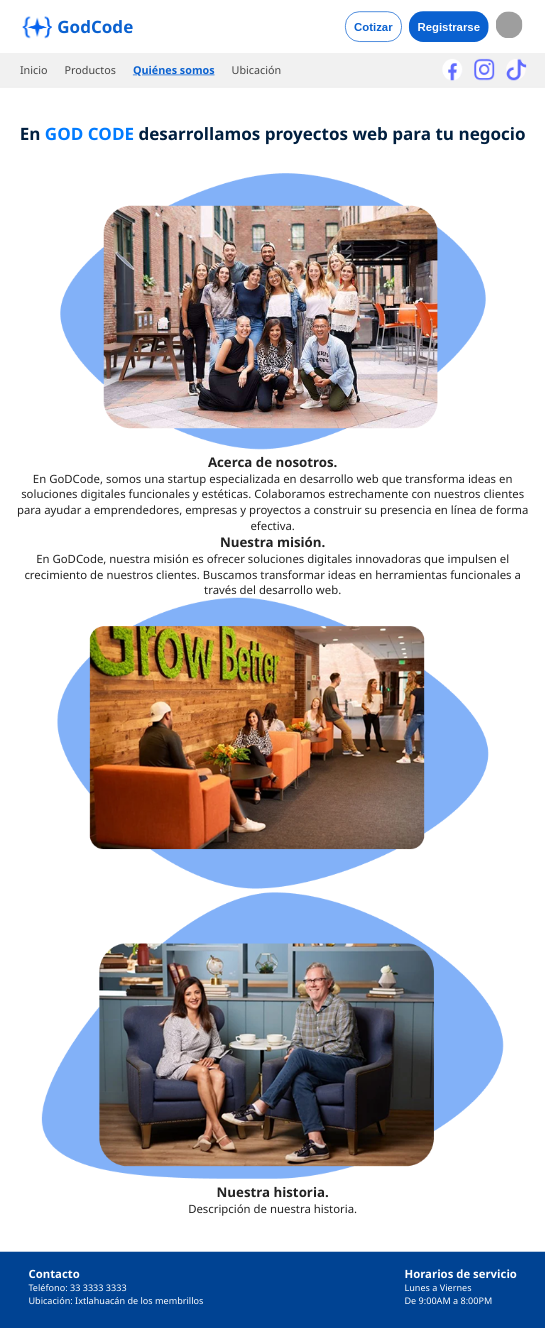
Repository: deDios/God-Code
Page: http://localhost/VIEW/Nosotros.php
The author's editor kept a copy of each file at every save. The page is drawn from the files as they stood at one save, then again after the next save.
The browser window is 768 px wide. The pictures show the whole page, at 71% of full size.
Pictures or frames that could not be fetched are drawn as grey boxes. The page is run by PHP 8.4 with error messages shown; the project is at /var/www/html/.

Above is the page before, as saved 2025-06-08 11:15:40.
Console error: TypeError: Cannot set properties of null (setting 'innerHTML')

### VIEW/Nosotros.php
<!DOCTYPE html>
<html lang="en">

<head>
    <meta charset="UTF-8">
    <meta name="viewport" content="width=device-width, initial-scale=1.0">
    <title>Document</title>
    <link rel="stylesheet" href="../CSS/index.css">
</head>

<body>
    <!-- Tope de pagina -->
    <header id="header">
        <!-- esta barra en el tope de pagina solo renderiza segun la resolucion de las pantallas pequeñas -->
        <div class="social-bar-mobile">
            <div class="icon-mobile">
                <img src="../ASSETS/index/Facebook.png" alt="Facebook" />
            </div>
            <div class="icon-mobile">
                <img src="../ASSETS/index/Instagram.png" alt="Instagram" />
            </div>
            <div class="icon-mobile">
                <img src="../ASSETS/index/Tiktok.png" alt="TikTok" />
            </div>
            <!-- icono de usuario para despues hacer el login pero para la vista mobile-->
            <div class="user-icon-mobile">
                <img src="https://img.freepik.com/premium-vector/free-vector-user-icon-simple-line_901408-588.jpg"
                    alt="Usuario" />
            </div>
        </div>

        <div class="top-bar" id="top-bar">
            <div class="logo">
                <img src="../ASSETS/godcode_icon.png" alt="Logo GodCode" class="logo-icon">
                GodCode
            </div>

            <!--Boton hamburguesa que aparece segun la resolucion-->
            <div class="hamburger" onclick="toggleMenu()">☰</div>

            <div class="actions">
                <button class="btn btn-outline" onclick="location.href='#'">Cotizar</button>
                <button class="btn btn-primary" onclick="location.href='#'">Registrarse</button>
                <!-- icono de usuario para despues hacer el login -->
                <div class="user-icon">
                    <img src="https://img.freepik.com/premium-vector/free-vector-user-icon-simple-line_901408-588.jpg"
                        alt="Usuario" />
                </div>
            </div>

        </div>
        <!-- Barra de navegación pequeña -->
        <div id="mobile-menu" class="subnav">
            <a href="#">Inicio</a>
            <a href="#">Productos</a>
            <a href="#" class="active">Quiénes somos</a>
            <a href="#">Ubicación</a>

            <div class="social-icons">
                <div class="circle-icon">
                    <img src="../ASSETS/index/Facebook.png" alt="Facebook" />
                </div>
                <div class="circle-icon">
                    <img src="../ASSETS/index/Instagram.png" alt="Instagram" />
                </div>
                <div class="circle-icon">
                    <img src="../ASSETS/index/Tiktok.png" alt="TikTok" />
                </div>
            </div>
        </div>
    </header>


    <main>

        <section class="nosotros">
            <h2 class="nosotros-titulo">En <span>GOD CODE</span> desarrollamos proyectos web para tu negocio</h2>

            <!-- Acerca de nosotros -->
            <div class="bloque-nosotros fila normal">
                <div class="decoracion"></div>
                <img src="../ASSETS/Nosotros/seccion1_img1.png" alt="Acerca de nosotros" class="imagen-nosotros">
                <div class="texto-nosotros">
                    <h3>Acerca de nosotros.</h3>
                    <p>En GoDCode, somos una startup especializada en desarrollo web que transforma ideas en soluciones
                        digitales funcionales y estéticas. Colaboramos estrechamente con nuestros clientes para ayudar a
                        emprendedores, empresas y proyectos a construir su presencia en línea de forma efectiva.</p>
                </div>
            </div>

            <!-- Nuestra misión -->
            <div class="bloque-nosotros fila invertida">
                <div class="decoracion"></div>
                <div class="texto-nosotros">
                    <h3>Nuestra misión.</h3>
                    <p>En GoDCode, nuestra misión es ofrecer soluciones digitales innovadoras que impulsen el
                        crecimiento de nuestros clientes. Buscamos transformar ideas en herramientas funcionales a
                        través del desarrollo web.</p>
                </div>
                <img src="../ASSETS/Nosotros/seccion1_img2.png" alt="Nuestra misión" class="imagen-nosotros">
            </div>

            <!-- Nuestra historia -->
            <div class="bloque-nosotros fila normal">
                <div class="decoracion"></div>
                <img src="../ASSETS/Nosotros/seccion1_img3.png" alt="Nuestra historia" class="imagen-nosotros">
                <div class="texto-nosotros">
                    <h3>Nuestra historia.</h3>
                    <p>Descripción de nuestra historia.</p>
                </div>
            </div>

        </section>

    </main>


    <!-- Pie de pagina -->
    <footer>
        <div>
            <strong>Contacto</strong>
            <small>Teléfono: 33 3333 3333</small>
            <small>Ubicación: Ixtlahuacán de los membrillos</small>
        </div>
        <div>
            <strong>Horarios de servicio</strong>
            <small>Lunes a Viernes</small>
            <small>De 9:00AM a 8:00PM</small>
        </div>
    </footer>
    <script src="JS/index.js"></script>
</body>

</html>

### CSS/index.css
/*cosas que no estan renderizadas en pantallas de resoluciones grandes*/
.social-bar-mobile {
    display: none;
}

* {
    box-sizing: border-box;
    margin: 0;
    padding: 0;
}

html,
body {
    margin: 0;
    padding: 0;
    height: 100%;
    font-family: "Segoe UI", sans-serif;
    background: #f9f9f9;
    color: #222;
}

body {
    display: flex;
    flex-direction: column;
}

main {
    margin-top: 120px;
}

header {
    background-color: white;
    border-bottom: 1px solid #ddd;
}

.top-bar {
    position: fixed;
    top: 0;
    left: 0;
    right: 0;
    background-color: #fff;
    color: white;
    display: flex;
    justify-content: space-between;
    align-items: center;
    padding: 1rem 2rem;
    z-index: 1001;
    white-space: nowrap;
    transform: translateY(0);
    opacity: 1;
    transition: transform 0.4s ease-in-out, opacity 0.4s ease-in-out;
}

header.scrolled .top-bar {
    transform: translateY(-100%);
    opacity: 0;
}

.subnav {
    position: fixed;
    top: 74px;
    left: 0;
    right: 0;
    background-color: #f1f1f1;
    display: flex;
    justify-content: space-around;
    align-items: center;
    padding: 0.5rem 1rem;
    z-index: 1000;
    white-space: nowrap;
    transition: all 0.4s ease-in-out;
}

.subnav a {
    text-decoration: none;
    color: #444;
    font-weight: 500;
    font-size: 0.95rem;
    padding: 8px 12px;
}

header.scrolled .subnav {
    position: fixed;
    top: 0;
    width: 100%;
    box-shadow: 0 2px 5px rgba(0, 0, 0, 0.1);
}

.logo {
    display: flex;
    align-items: center;
    font-size: 1.5rem;
    font-weight: bold;
    color: #0a61d0;
}

.logo-icon {
    height: 40px;
    width: auto;
    margin-right: 8px;
    vertical-align: middle;
}

.actions {
    display: flex;
    gap: 10px;
}

.user-icon img {
    width: 38px;
    height: 38px;
    border-radius: 50%;
    cursor: pointer;
    align-items: center;
    gap: 10px;
}

.btn {
    padding: 5px 12px;
    border: none;
    border-radius: 20px;
    cursor: pointer;
    font-size: 1rem;
    font-weight: bold;
    white-space: normal;
    word-break: break-word;
    text-align: center;
    max-width: 200px;
}

.btn-outline {
    border: 1px solid #0a61d0;
    color: #0a61d0;
    background-color: white;
    text-decoration: none;
}

.btn-primary {
    background-color: #0a61d0;
    color: white;
    text-decoration: none;
}

/*-------------------- css para la sección 1 -----------------------------*/

.innovacion-section {
    display: flex;
    justify-content: space-between;
    gap: 2rem;
    padding: 2rem;
    background: #fff;
    flex-wrap: wrap;
}

.columna {
    flex: 1;
    min-width: 280px;
}

.texto h1 {
    color: #0f62fe;
    font-size: 2rem;
    line-height: 1.3;
    margin-bottom: 1rem;
}

.texto p {
    font-size: 1rem;
    line-height: 1.6;
    color: #333;
}

.botones {
    margin-top: 1.5rem;
    display: flex;
    gap: 1rem;
    flex-wrap: wrap;
}

.columna.imagen {
    padding-top: 50px;
}

.imagen img {
    width: 100%;
    max-width: 100%;
    border-radius: 20px;
}

/*-------------------------------- css para noticias -----------------------*/
.columna.noticias {
    display: flex;
    flex-direction: column;
    justify-content: space-between;
    height: 100%;
}

.noticias h3 {
    color: #444;
    font-size: 1.1rem;
    margin-bottom: 1rem;
}

.noticias ul {
    list-style: none;
    padding: 0;
}

.noticias li {
    margin-bottom: 1rem;
}

.noticias a {
    color: #0f62fe;
    text-decoration: none;
    font-size: 0.95rem;
}

#lista-noticias {
    flex: 1;
}

.lista-noticias li {
    border-bottom: 1px solid #8f8f8f;
    /* línea gris */
    padding: 10px 0;
}

.lista-noticias li:last-child {
    border-bottom: none;
    /* Quita la línea del último solo que esto no parece trabajar bien de momento */
}

.lista-noticias a {
    text-decoration: none;
    color: #0052cc;
    font-weight: 500;
    transition: color 0.3s;
}

.lista-noticias a:hover {
    color: #003d99;
}

.paginacion {
    margin-top: auto;
    padding-top: 1rem;
    margin-top: 300px;
    /*esto hace que los botones 123 se bajen mas*/
}

.paginacion a {
    margin: 0 5px;
    text-decoration: none;
    color: blue;
    cursor: pointer;
}

.paginacion a.activo {
    font-weight: bold;
    text-decoration: underline;
}

/*--------------- css para la seccion 2 ---------------*/

.objetivos {
    text-align: center;
    padding: 40px 20px;
    background-color: #f9f9f9;
    padding-top: 60px;
}

.objetivos h2 {
    font-size: 1.8rem;
    margin-bottom: 40px;
}

.cards {
    display: flex;
    flex-wrap: wrap;
    justify-content: center;
    gap: 30px;
    max-width: 1200px;
    margin: 0 auto;
}

.card {
    background-color: #fff;
    border-radius: 16px;
    padding: 20px;
    max-width: 250px;
    box-shadow: 0 2px 12px rgba(0, 0, 0, 0.08);
    text-align: center;
    transition: transform 0.2s ease;
}

.card:hover {
    transform: translateY(-5px);
}

.card img {
    width: 50px;
    height: 50px;
    margin-bottom: 15px;
}

.card h3 {
    font-size: 1.3rem;
    margin: 10px 0;
}

.card p {
    font-size: .8rem;
    color: #555;
    font-weight: bold;
}

.info-button {
    margin-top: 40px;
}


.info-button button {
    padding: 12px 24px;
    border: none;
    border-radius: 25px;
    background-color: #3367d6;
    color: white;
    font-size: 1rem;
    cursor: pointer;
    font-weight: bold;
    transition: background-color 0.3s ease;
}

.info-button button:hover {
    background-color: #274c9b;
}

/*------------------------ css para la seccion 3 --------------------------------------*/

.potencial {
    margin: 0 auto;
    padding: 50px 20px;
    background-color: #fff;
}

.potencial h2 {
    font-size: 2rem;
    text-align: center;
    margin-bottom: 50px;
    color: #111;
}

.potencial h2 span {
    color: #1a73e8;
}

.bloque {
    display: flex;
    align-items: center;
    gap: 30px;
    margin-bottom: 40px;
    flex-wrap: wrap;
}

.bloque .imagen {
    flex: 1 1 80px;
    text-align: center;
    padding: 10px;
}

.bloque .imagen img {
    max-width: 60%;
    height: auto;
    border-radius: 16px;
    background-color: transparent;
    box-shadow: 0 8px 16px rgba(0, 0, 0, 0.15);
    transition: transform 0.3s ease, box-shadow 0.3s ease;
    cursor: pointer;
}

.bloque .imagen img:hover {
    transform: scale(1.05) rotate(2deg);
    box-shadow: 0 12px 24px rgba(0, 0, 0, 0.3);
}

.bloque .texto {
    flex: 2 1 400px;
}

.bloque .texto h3 {
    font-size: 1.3rem;
    margin-bottom: 10px;
    color: #222;
}

.bloque .texto p {
    font-size: 1rem;
    color: #555;
    line-height: 1.6;
}

/*------------------------ css para la seccion 4 --------------------------------------*/

.ayuda-faq {
    background-color: #f8fbfd;
    border-radius: 20px;
    padding: 40px 30px;
    text-align: center;
}

/* Contenido de ayuda */
.ayuda-faq .ayuda-contenido {
    margin-bottom: 100px;
}

.ayuda-faq .ayuda-contenido h2 {
    font-size: 28px;
    margin-bottom: 10px;
}

.ayuda-faq .ayuda-contenido p {
    font-size: 16px;
    color: #555;
    margin-bottom: 20px;
}

.ayuda-faq .btn-contacto {
    display: inline-block;
    padding: 10px 20px;
    background-color: #e8f0fe;
    color: #1a73e8;
    border-radius: 999px;
    text-decoration: none;
    font-weight: bold;
}

/* Preguntas frecuentes */
.ayuda-faq .faq {
    text-align: left;
    padding: 0 20px;
}

.ayuda-faq .faq h2 {
    text-align: center;
    font-size: 24px;
    margin-bottom: 20px;
}

.ayuda-faq .acordeon .item {
    border-top: 1px solid #ddd;
}

.ayuda-faq .pregunta {
    width: 100%;
    text-align: left;
    background: none;
    border: none;
    padding: 15px;
    font-size: 16px;
    cursor: pointer;
    font-weight: bold;
    color: #1a73e8;
}

.ayuda-faq .respuesta {
    padding: 0 20px 15px;
    display: none;
    color: #333;
    font-size: 15px;
}

/*---------------------------Animaciones para los botones-----------------------------*/
/*estos son botones / iconos del tope de pagina*/
/* Logo, se hace mas grande*/
.logo:hover {
    color: #094bb0;
    cursor: pointer;
}

/* Imagen del logo se hace mas grande*/
.logo-icon:hover {
    transform: scale(1.1);
    transition: transform 0.3s ease;
}

/*el contorno del boton cambia de color*/
.btn-outline:hover {
    background-color: #0a61d0;
    color: white;
    transition: 0.3s ease;
}

/*boton principal cambia de color*/
.btn-primary:hover {
    background-color: #094bb0;
    transition: 0.3s ease;
}

/*Barra de navegacion mas pequeña*/
.subnav a {
    text-decoration: none;
    color: #444;
    font-weight: 500;
    transition: all 0.3s ease;
    padding: 6px 12px;
    border-radius: 5px;
}

/*----------------css para los iconos de redes sociales-----------------*/
.subnav .social-icons {
    display: flex;
    justify-content: flex-end;
    gap: 15px;
    width: 100%;
    padding-right: 10px;
}


.subnav .circle-icon {
    width: 30px;
    height: 30px;
    border-radius: 0;
    overflow: visible;
    background-color: transparent;
    display: flex;
    align-items: center;
    justify-content: center;
}

.subnav .circle-icon img {
    width: 100%;
    height: 100%;
    object-fit: contain;
    transition: transform 0.3s ease;
    cursor: pointer;
    background-color: transparent;
}

/* efecto hover sencillo para los iconos */
.subnav .social-icons img:hover {
    transform: scale(1.1);
}

/*-----------Efecto hover para la barrra de navegacion pequeña----------------*/
.subnav a:hover {
    background-color: #e0eaff;
    color: #0a61d0;
}

/*cambia la fuente según que pagina este activa */
.subnav a.active {
    color: #0a61d0;
    font-weight: 700;
    text-decoration: underline;
}

main {
    flex: 1;
}

.section-title {
    padding: 40px 40px 10px;
    font-size: 3rem;
    color: #0a61d0;
    border-bottom: 2px solid #0a61d0;
    width: fit-content;
}

.section-subtitle {
    padding: 10px 40px;
    font-size: 1.2rem;
}

footer {
    background-color: #004393;
    color: white;
    padding: 20px 40px;
    display: flex;
    justify-content: space-between;
    flex-wrap: wrap;
}

footer div {
    margin-bottom: 10px;
}

footer small {
    display: block;
    font-size: 0.8rem;
}

/*css para la vista de mobile*/

/*el menu de hamburguesa estara oculto por defecto*/
.hamburger {
    display: none;
    font-size: 2rem;
    cursor: pointer;
    padding: 10px 40px;
    text-align: right;
    margin-left: auto;
}

/*------------------------------------------------------------------------------------------------------------------------------------------------------------------------*/
/*--------------------------------------------------------------------------VIEW NOSOTROS---------------------------------------------------------------------------------*/
/*------------------------------------------------------------------------------------------------------------------------------------------------------------------------*/
.nosotros {
  padding: 50px 20px;
  background: #fff;
  text-align: center;
}

.nosotros-titulo {
  font-size: 24px;
  font-weight: bold;
  color: #001f3f;
  margin-bottom: 40px;
}

.nosotros-titulo span {
  color: #007bff;
}

.nosotros-grid {
  display: grid;
  grid-template-columns: repeat(auto-fit, minmax(300px, 1fr));
  gap: 40px;
  justify-content: center;
  align-items: start;
  max-width: 1200px;
  margin: 0 auto;
}

.nosotros-card {
  position: relative;
  background: #fff;
  padding: 20px;
  border-radius: 20px;
  box-shadow: 0 0 15px rgba(0,0,0,0.1);
  overflow: hidden;
}

.nosotros-fondo {
  position: absolute;
  width: 100%;
  height: 100%;
  background: radial-gradient(circle at 30% 30%, #b2d8ff 30%, transparent 70%);
  top: 0;
  left: 0;
  z-index: 0;
  border-radius: 20px;
}

.nosotros-card img {
  width: 100%;
  border-radius: 12px;
  margin-bottom: 15px;
  position: relative;
  z-index: 1;
}

.nosotros-texto {
  position: relative;
  z-index: 1;
  text-align: left;
}

.nosotros-texto h3 {
  font-size: 18px;
  font-weight: bold;
  margin-bottom: 10px;
  color: #111;
}

.nosotros-texto p {
  font-size: 14px;
  color: #333;
  line-height: 1.4;
}



































/*--------------------------------Resuluciones pequeñas-----------------------------------*/
@media (max-width: 700px) {

    .actions {
        flex-direction: column;
        align-items: flex-start;
        display: none;
    }

    .botones {
        margin-top: 4rem;
        display: flex;
        gap: 1rem;
        flex-wrap: wrap;
        justify-content: center;
    }

    .btn {
        width: 100%;
    }

    /*esto hace que se oculte el subnav y salga el menu hamburguesa*/
    .subnav {
        display: none;
    }

    .subnav .social-icons {
        display: none;
    }

    .hamburger {
        display: flex;
        font-size: 1.8rem;
        background: none;
        border: none;
        cursor: pointer;
        margin-left: auto;
        padding: 8px;
        color: #0a61d0;
        justify-content: left;
    }

    .subnav.show {
        display: flex;
    }

    /*barra de iconos de redes sociales que renderizan en pantallas pequeñas*/
    .social-bar-mobile {
        display: flex;
        justify-content: flex-end;
        gap: 15px;
        padding: 5px 20px;
        width: 100%;
        background-color: white;
        position: fixed;
        top: 86px;
        z-index: 999;
        transition: top 0.4s ease-in-out, background-color 0.3s ease;
    }

    header.scrolled .social-bar-mobile {
        top: 1px;
        /* ajusta según el nuevo top del subnav */
        background-color: rgba(255, 255, 255, 0.95);
        box-shadow: 0 2px 8px rgba(0, 0, 0, 0.1);
    }

    /*----------------css para los iconos de redes sociales MOBILE-----------------*/
    .social-bar-mobile .social-icons {
        display: flex;
        justify-content: flex-end;
        gap: 15px;
    }

    /*css para el icono mobile de usuario*/
    .user-icon-mobile img {
        display: flex;
        width: 24px;
        height: 24px;
        border-radius: 50%;
        cursor: pointer;
        align-items: center;
        gap: 10px;
    }

    /* contenedor circular para que no se vea feo */
    .social-bar-mobile .icon-mobile {
        width: 24px;
        height: 24px;
        border-radius: 0;
        overflow: visible;
        background-color: transparent;
        display: flex;
        align-items: center;
        justify-content: center;
    }

    .social-bar-mobile .icon-mobile img {
        width: 100%;
        height: 100%;
        object-fit: contain;
        transition: transform 0.3s ease;
        cursor: pointer;
        background-color: transparent;
    }

    /* efecto hover sencillo para los iconos */
    .social-bar-mobile .social-icons img:hover {
        transform: scale(1.1);
    }

    /*----------------cosas que no renderizan en MOBILE-----------------*/
    .actions {
        display: none;
    }

    .imagen img {
        display: none;
    }

    .noticias {
        display: none;
    }

    .columna.noticias {
        display: none;
    }
}

### JS/index.js
//menu hamburguesa
function toggleMenu() {
  const menu = document.getElementById("mobile-menu");
  menu.classList.toggle("show");
}

//subnav sticky que no se vea feo
document.addEventListener('DOMContentLoaded', () => {
  const header = document.getElementById('header');

  window.addEventListener('scroll', () => {
    if (window.scrollY > 50) {
      header.classList.add('scrolled');
    } else {
      header.classList.remove('scrolled');
    }
  });
});

//seccion de noticias
const noticias = [
  {
    id: 1,
    titulo: "IBM acelera la revolución de la IA Generativa empresarial con...",
    url: "#",
  },
  {
    id: 2,
    titulo: "IBM z17: El primer Mainframe totalmente diseñado para la...",
    url: "#",
  },
  {
    id: 3,
    titulo: "IBM lanza soluciones de ciberseguridad para la nueva era digital",
    url: "#",
  },
  {
    id: 4,
    titulo: "IBM Watsonx transforma el uso de datos en empresas medianas",
    url: "#",
  },
  {
    id: 5,
    titulo: "Nuevos centros de datos verdes impulsados por IA de IBM",
    url: "#",
  },
  {
    id: 6,
    titulo: "IBM y NASA colaboran en IA para predicción climática",
    url: "#",
  },
];

const noticiasPorPagina = 2;
let paginaActual = 1;

function mostrarNoticias(pagina) {
  const contenedor = document.getElementById("lista-noticias");
  contenedor.innerHTML = "";

  const inicio = (pagina - 1) * noticiasPorPagina;
  const noticiasPagina = noticias.slice(inicio, inicio + noticiasPorPagina);

  noticiasPagina.forEach((noticia) => {
    const li = document.createElement("li");
    const a = document.createElement("a");
    a.href = noticia.url;
    a.textContent = noticia.titulo;
    li.appendChild(a);
    contenedor.appendChild(li);
  });
}

function crearPaginacion() {
  const contenedor = document.getElementById("paginacion");
  contenedor.innerHTML = "";

  const totalPaginas = Math.ceil(noticias.length / noticiasPorPagina);

  for (let i = 1; i <= totalPaginas; i++) {
    const enlace = document.createElement("a");
    enlace.textContent = i;
    enlace.href = "#";
    if (i === paginaActual) enlace.classList.add("activo");

    enlace.addEventListener("click", (e) => {
      e.preventDefault();
      paginaActual = i;
      mostrarNoticias(paginaActual);
      crearPaginacion();
    });

    contenedor.appendChild(enlace);
  }
}

//mostrar noticias al cargar la pagina
mostrarNoticias(paginaActual);
crearPaginacion();

//seccion 4 ayuda
function toggleItem(btn) {
  const respuesta = btn.nextElementSibling;
  respuesta.style.display = respuesta.style.display === 'block' ? 'none' : 'block';
}

After the next save:
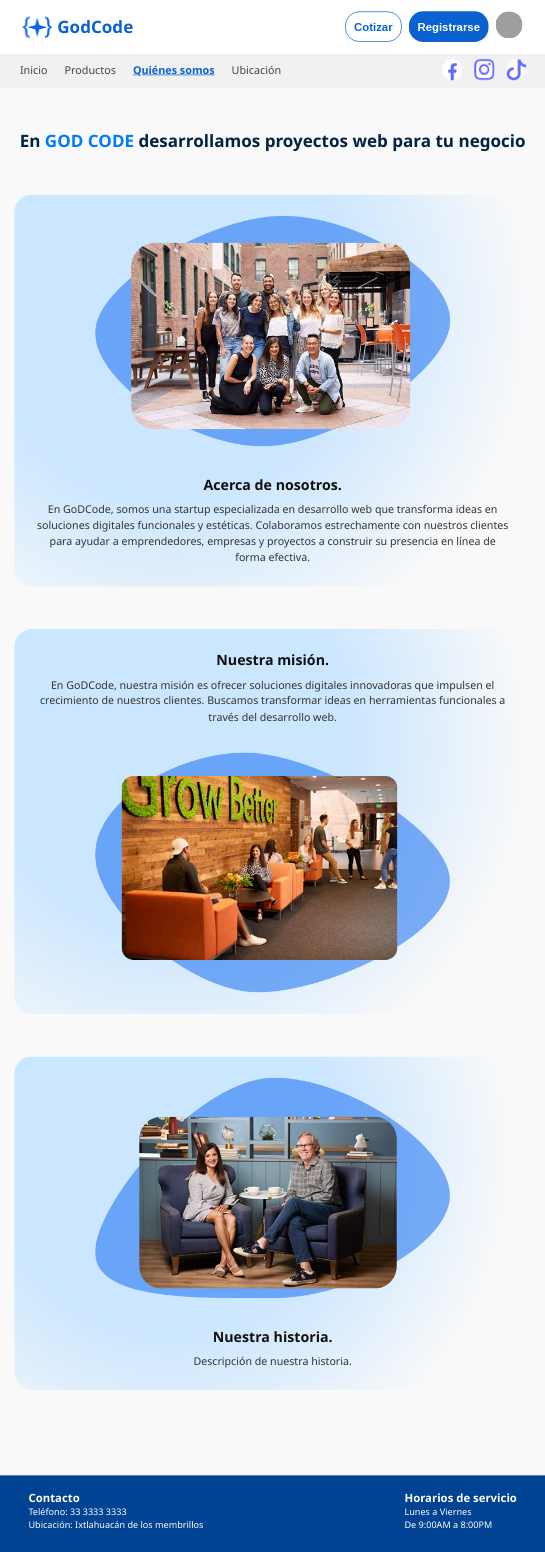
Saved 3 s later.
--- a/CSS/index.css
+++ b/CSS/index.css
@@ -606,77 +606,94 @@ footer small {
 /*--------------------------------------------------------------------------VIEW NOSOTROS---------------------------------------------------------------------------------*/
 /*------------------------------------------------------------------------------------------------------------------------------------------------------------------------*/
 .nosotros {
-  padding: 50px 20px;
-  background: #fff;
+  padding: 60px 20px;
+  max-width: 1200px;
+  margin: auto;
+}
+
+.nosotros-titulo {
   text-align: center;
-}
-
-.nosotros-titulo {
   font-size: 24px;
   font-weight: bold;
-  color: #001f3f;
-  margin-bottom: 40px;
+  color: #002244;
+  margin-bottom: 60px;
 }
 
 .nosotros-titulo span {
   color: #007bff;
 }
 
-.nosotros-grid {
-  display: grid;
-  grid-template-columns: repeat(auto-fit, minmax(300px, 1fr));
+.bloque-nosotros {
+  position: relative;
+  display: flex;
+  align-items: center;
+  justify-content: space-between;
+  margin-bottom: 60px;
   gap: 40px;
-  justify-content: center;
-  align-items: start;
-  max-width: 1200px;
-  margin: 0 auto;
-}
-
-.nosotros-card {
-  position: relative;
-  background: #fff;
-  padding: 20px;
+  flex-wrap: wrap;
+  padding: 30px;
   border-radius: 20px;
-  box-shadow: 0 0 15px rgba(0,0,0,0.1);
   overflow: hidden;
 }
 
-.nosotros-fondo {
+.fila.normal {
+  flex-direction: row;
+}
+
+.fila.invertida {
+  flex-direction: row-reverse;
+}
+
+.imagen-nosotros {
+  width: 45%;
+  max-width: 500px;
+  border-radius: 15px;
+  z-index: 1;
+}
+
+.texto-nosotros {
+  flex: 1;
+  z-index: 1;
+  min-width: 280px;
+}
+
+.texto-nosotros h3 {
+  font-size: 20px;
+  margin-bottom: 10px;
+  color: #111;
+}
+
+.texto-nosotros p {
+  font-size: 15px;
+  color: #333;
+  line-height: 1.5;
+}
+
+.decoracion {
   position: absolute;
   width: 100%;
   height: 100%;
-  background: radial-gradient(circle at 30% 30%, #b2d8ff 30%, transparent 70%);
+  background: radial-gradient(circle at 30% 30%, #cbe6ff 40%, transparent 80%);
+  border-radius: 25px;
   top: 0;
   left: 0;
   z-index: 0;
-  border-radius: 20px;
-}
-
-.nosotros-card img {
-  width: 100%;
-  border-radius: 12px;
-  margin-bottom: 15px;
-  position: relative;
-  z-index: 1;
-}
-
-.nosotros-texto {
-  position: relative;
-  z-index: 1;
-  text-align: left;
-}
-
-.nosotros-texto h3 {
-  font-size: 18px;
-  font-weight: bold;
-  margin-bottom: 10px;
-  color: #111;
-}
-
-.nosotros-texto p {
-  font-size: 14px;
-  color: #333;
-  line-height: 1.4;
+}
+
+/* Responsive */
+@media (max-width: 768px) {
+  .bloque-nosotros {
+    flex-direction: column !important;
+    text-align: center;
+  }
+
+  .imagen-nosotros {
+    width: 100%;
+  }
+
+  .texto-nosotros {
+    width: 100%;
+  }
 }
 
 
